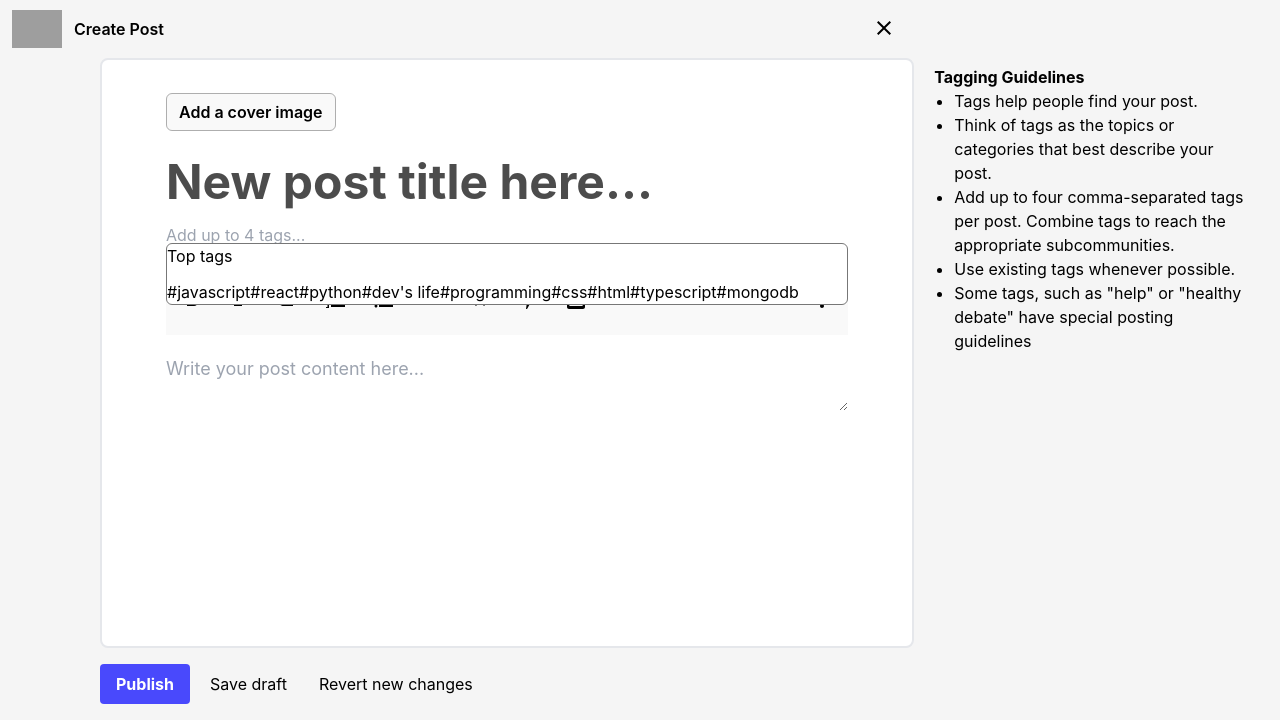
Repository: dat-nguyen-2001/Dev.to
Page: /new (app in client/)
An editor plug-in stored every save of this project. The page is shown before and after the next save, followed by the edit.
The browser window is 1280 px wide. The pictures show the whole page.
Pictures or frames that could not be fetched are drawn as grey boxes. The project was rebuilt for these pictures with package versions that can differ from the ones it lists, and the page was loaded fresh each time. Also part of the build but not shown: client/src/components/Footer.tsx, client/src/components/nav/GuestNav.tsx, client/src/components/nav/NavBar.tsx, client/src/components/Layout.tsx, client/src/pages/about.tsx, client/src/components/SignInForm.tsx, client/src/components/SignInPlatform.tsx, client/src/pages/enter.tsx and 1 more.

Above is the page before, as saved 2022-09-25 11:58:20.

After the next save:
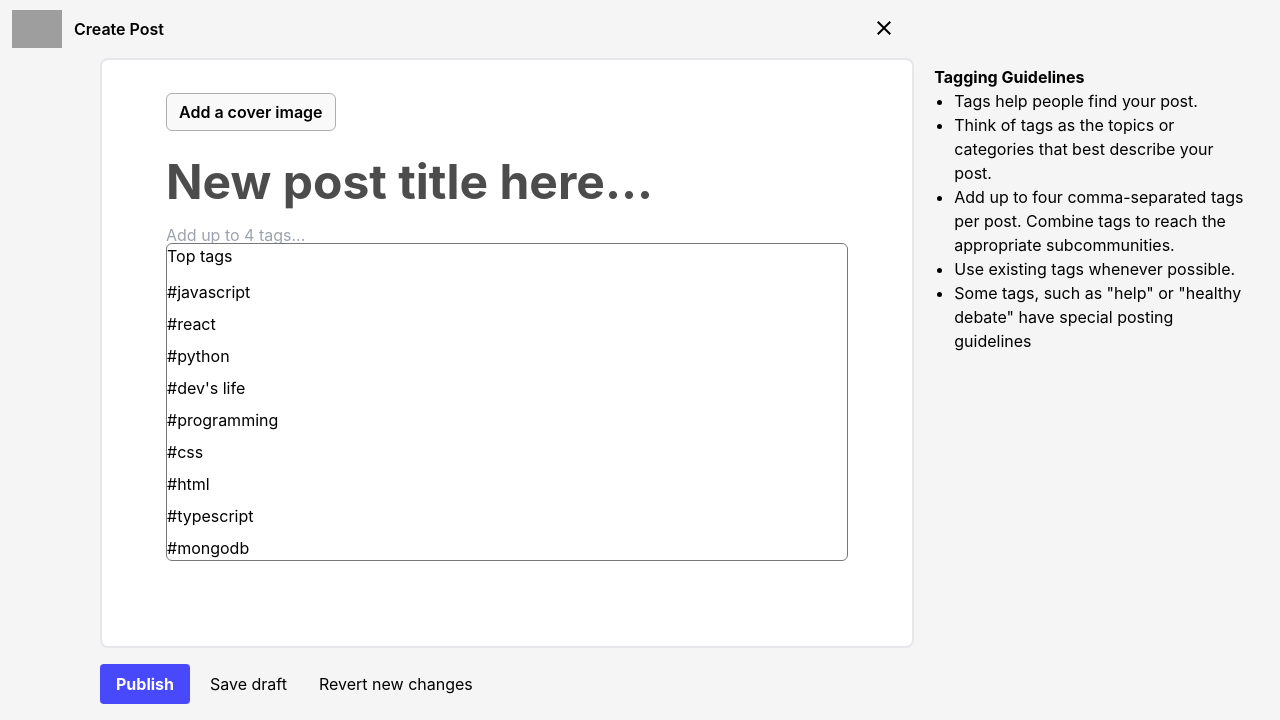
Saved 9 s later.
--- a/client/src/pages/new.tsx
+++ b/client/src/pages/new.tsx
@@ -77,7 +77,7 @@ const New = () => {
                         <input placeholder='Add up to 4 tags...' className='w-full outline-none' />
                         <div className='z-[100] absolute top-5 flex flex-col space-y-3 bg-white w-full border-[.1em] border-solid border-[#777] rounded-md'>
                             <h2>Top tags</h2>
-                            <ul className='flex'>
+                            <ul className='flex flex-col space-y-2'>
                                 {tags.map(tag => (
                                     <li key={tag}>#{tag}</li>
                                 ))}
